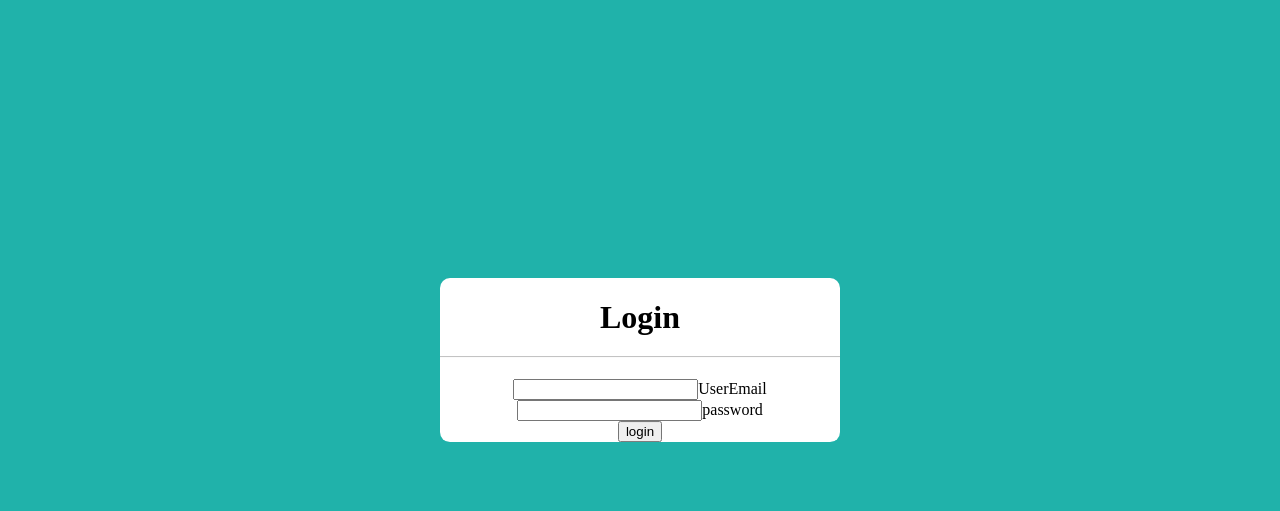
Repository: Aref19/eshop_frontEnd
Page: /
These files come from the project's save history. The page is drawn as it stood at one moment and after the next save; the edit follows.
The browser window is 1280 px wide. The pictures show the whole page.
The project was rebuilt for these pictures with package versions that can differ from the ones it lists, and the page was loaded fresh each time.

Above is the page before, as saved 2023-02-23 20:51:31.

After the next save:
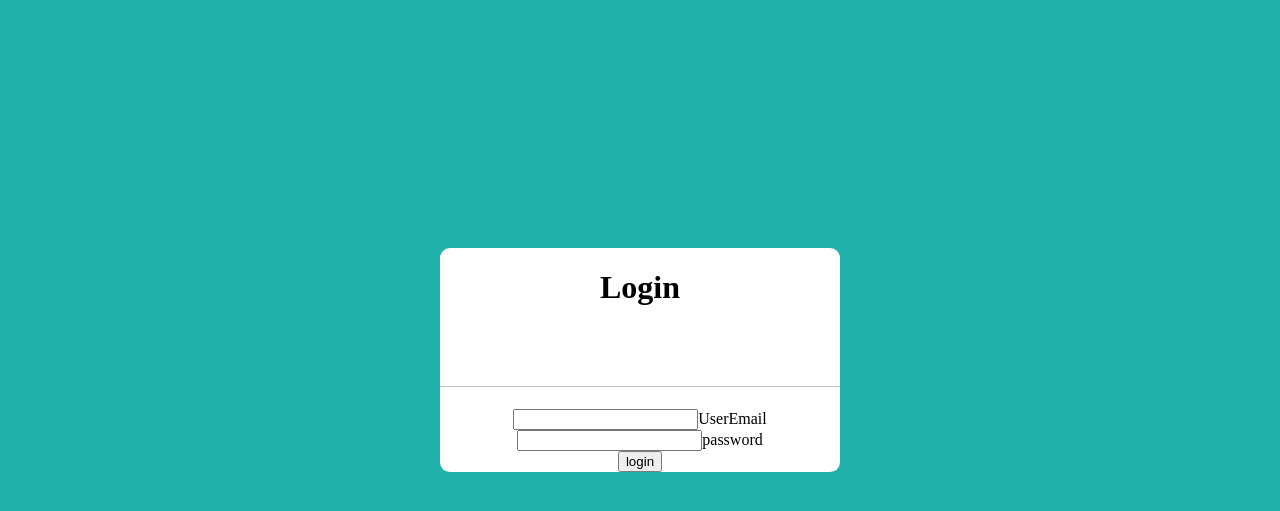
Saved 48 s later.
--- a/src/css/Login.css
+++ b/src/css/Login.css
@@ -23,6 +23,6 @@
 
 .center h1{
     text-align: center;
-    padding: 0 0 20px 0;
+    padding: 0 0 80px 0;
     border-bottom: 1px solid silver;
 }

After the save that followed:
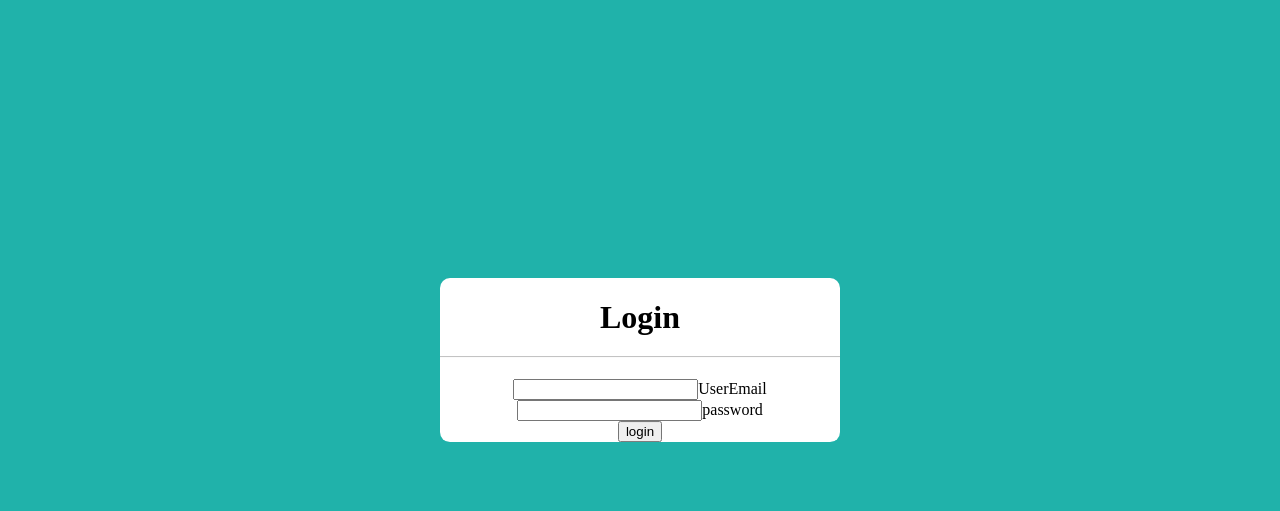
Saved 7 s later.
--- a/src/css/Login.css
+++ b/src/css/Login.css
@@ -23,6 +23,6 @@
 
 .center h1{
     text-align: center;
-    padding: 0 0 80px 0;
+    padding: 0 0 20px 0;
     border-bottom: 1px solid silver;
 }
